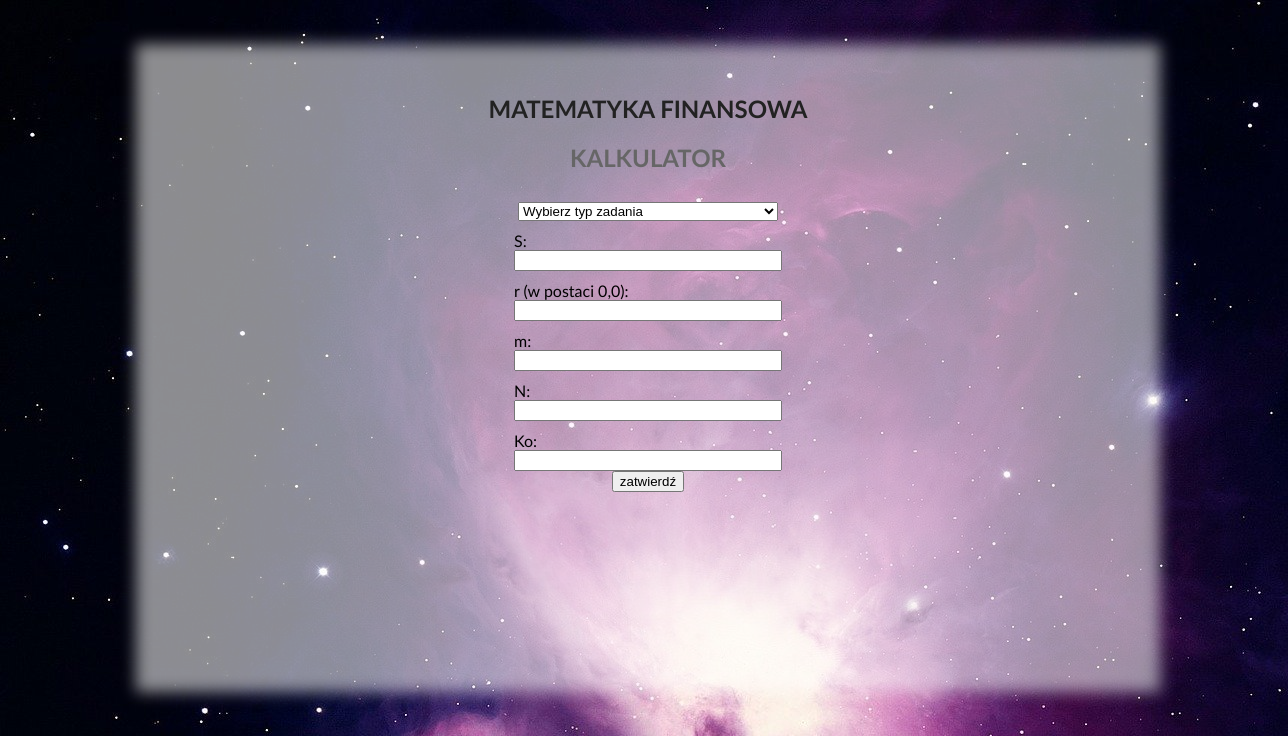
Repository: ravkita/MFCalc
Page: index.html
An editor plug-in stored every save of this project. The page is shown before and after the next save, followed by the edit.
The browser window is 1280 px wide. The page is 1288 px wide, so the pictures cover 1288 px, including what lies to the right of the window. The pictures show the whole page.

Above is the page before, as saved 2021-04-12 19:42:18.

After the next save:
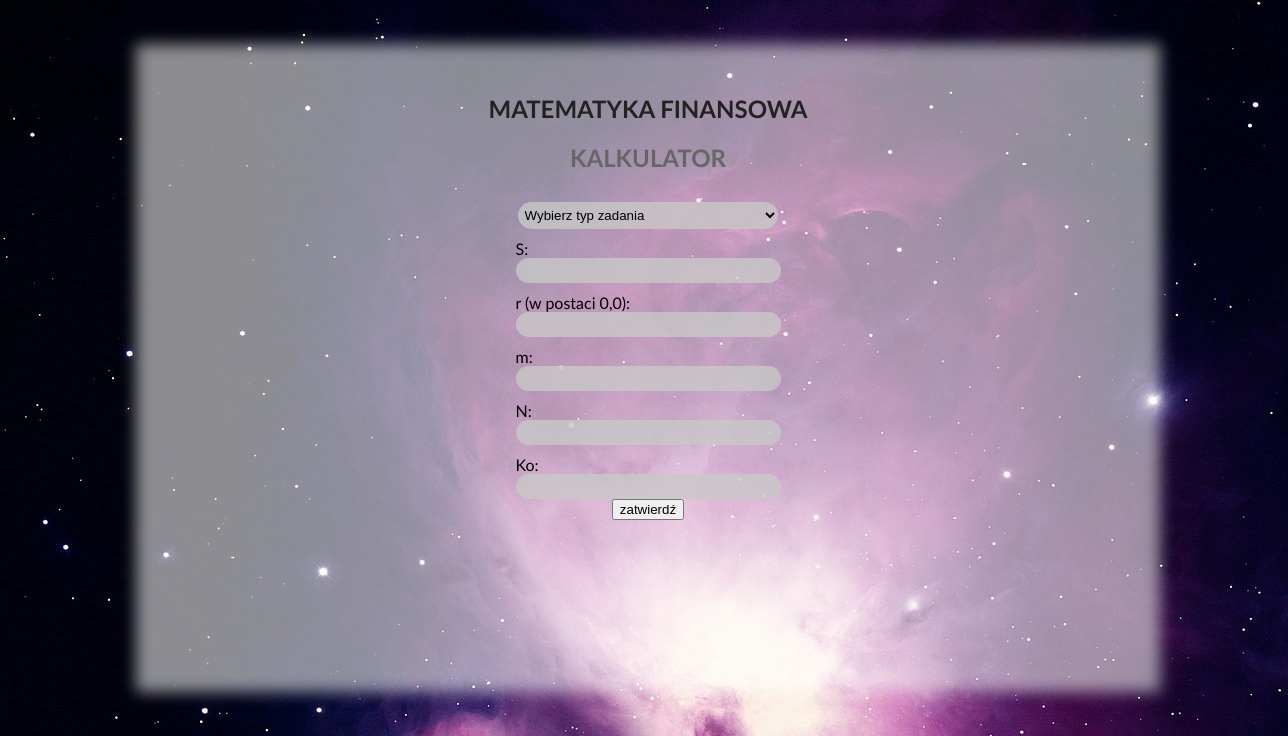
Saved 2 min 50 s later.
--- a/index.html
+++ b/index.html
@@ -64,6 +64,11 @@
         }
         select, input[type="number"]{
             width: calc(100vh/2 - 100px);
+            outline: 0;
+            border: 0;
+            background: rgba(201, 201, 201, 0.8);
+            border-radius: 20px;
+            padding: 5px 2.5px;
         }
     </style>
 </head>
